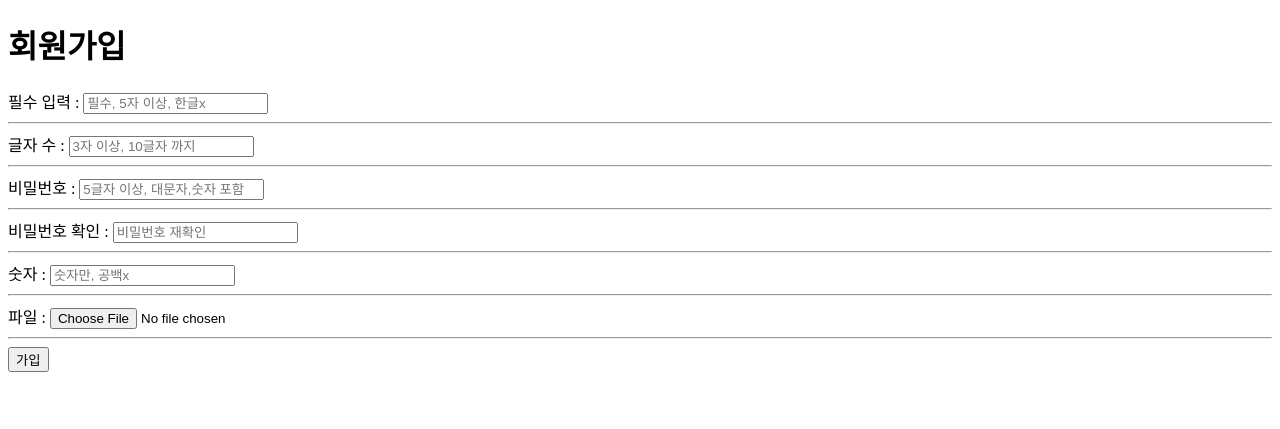
Repository: kkmin20200331-max/copyUpload
Page: 07_ValidChk/src/main/webapp/valid.html
These files come from the project's save history. The page is drawn as it stood at one moment and after a run of saves; the edit follows.
The browser window is 1280 px wide. The pictures show the whole page.

Above is the page before, as saved 2026-03-18 02:07:18.

### 07_ValidChk/src/main/webapp/valid.html
<!DOCTYPE html>
<html>
<head>
<meta charset="UTF-8">
<title>Insert title here</title>
<script type="text/javascript" src="valid.js"></script>

<script type="text/javascript" src="siteChk.js"></script>

</head>
<body>
<h1>회원가입</h1>
<form action="VC" id="myForm">
필수 입력 : <input id="i1" placeholder="필수, 5자 이상, 한글x">
<hr>
글자 수 : <input id="i2" placeholder="3자 이상, 10글자 까지">
<hr>
비밀번호 : <input id="i3" placeholder="5글자 이상, 대문자,숫자 포함">
<hr>
비밀번호 확인 : <input id="i4" placeholder="비밀번호 재확인">
<hr>
숫자 : <input id="i5" placeholder="숫자만, 공백x">
<hr>
파일 : <input type="file" id="i6">
<hr>
<button>가입</button>
</form>


</body>
</html>

### 07_ValidChk/src/main/webapp/valid.js
//검사 로직 정리하기 (lib)
//라이브러리화->도구를 만든다는 뜻 json, cos, ojdbc, lombok, ...

//일반적으로 유효성 검사하는 것들
//함수형태로 정리해서 필요할 때 사이트마다 맞춰쓰게

//문제가 있으면 true, 없으면 false
//<input>을 넣으면
//거기에 글자가 없으면 true, 있으면 false
function isEmpty(input) {
    if (input.value == "") {
        return true;
    } else {
        return false;
    }
}

### 07_ValidChk/src/main/webapp/siteChk.js
const i1El = document.querySelector("#i1");
const i2El = document.querySelector("#i2");
const i3El = document.querySelector("#i3");
const i4El = document.querySelector("#i4");
const i5El = document.querySelector("#i5");
const i6El = document.querySelector("#i6");

After the next 3 saves:
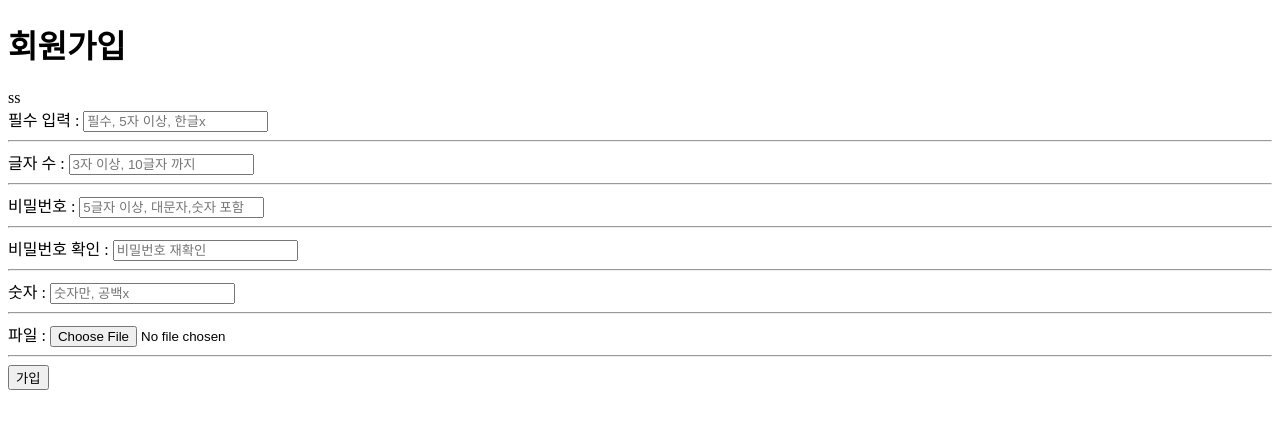
The 3 saves are shown as one change because they came seconds apart.
The last was saved 20 s later.
--- a/07_ValidChk/src/main/webapp/valid.html
+++ b/07_ValidChk/src/main/webapp/valid.html
@@ -4,12 +4,12 @@
 <meta charset="UTF-8">
 <title>Insert title here</title>
 <script type="text/javascript" src="valid.js"></script>
+<script type="text/javascript" src="siteChk.js"></script>
 
-<script type="text/javascript" src="siteChk.js"></script>
 
 </head>
 <body>
-<h1>회원가입</h1>
+<h1>회원가입</h1>ss
 <form action="VC" id="myForm">
 필수 입력 : <input id="i1" placeholder="필수, 5자 이상, 한글x">
 <hr>

After the save that followed:
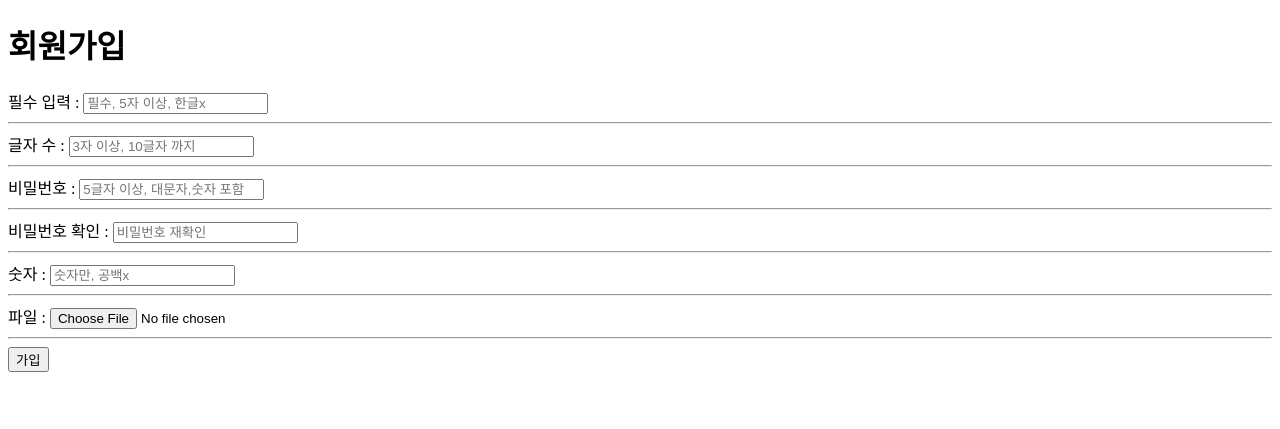
Saved 5 s later.
--- a/07_ValidChk/src/main/webapp/valid.html
+++ b/07_ValidChk/src/main/webapp/valid.html
@@ -9,7 +9,7 @@
 
 </head>
 <body>
-<h1>회원가입</h1>ss
+<h1>회원가입</h1>
 <form action="VC" id="myForm">
 필수 입력 : <input id="i1" placeholder="필수, 5자 이상, 한글x">
 <hr>
